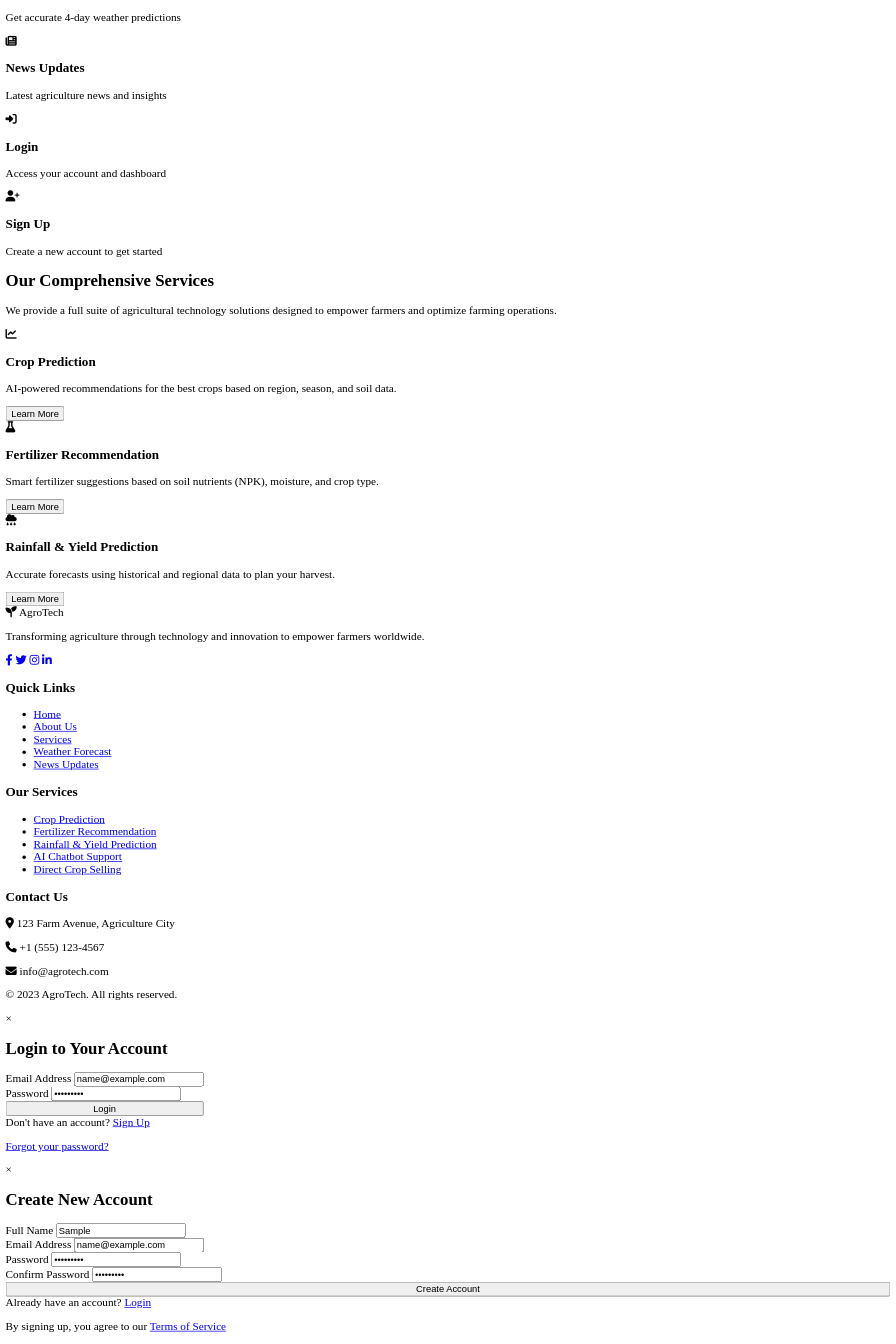
Repository: Sanika-ce/AgroNexus
Page: home.html
An editor plug-in stored every save of this project. The page is shown before and after the next save, followed by the edit.
The browser window is 1280 px wide. The pictures show the part of the page from y = 723 to 2643 px (the page is 2643 px tall), at 70% of full size.
Empty fields were first filled with sample values (such as "Sample", 5 or name@example.com).
After loading, the first visible `button.btn` was clicked once.

Above is the page before, as saved 2025-08-02 13:51:18.

After the next save:
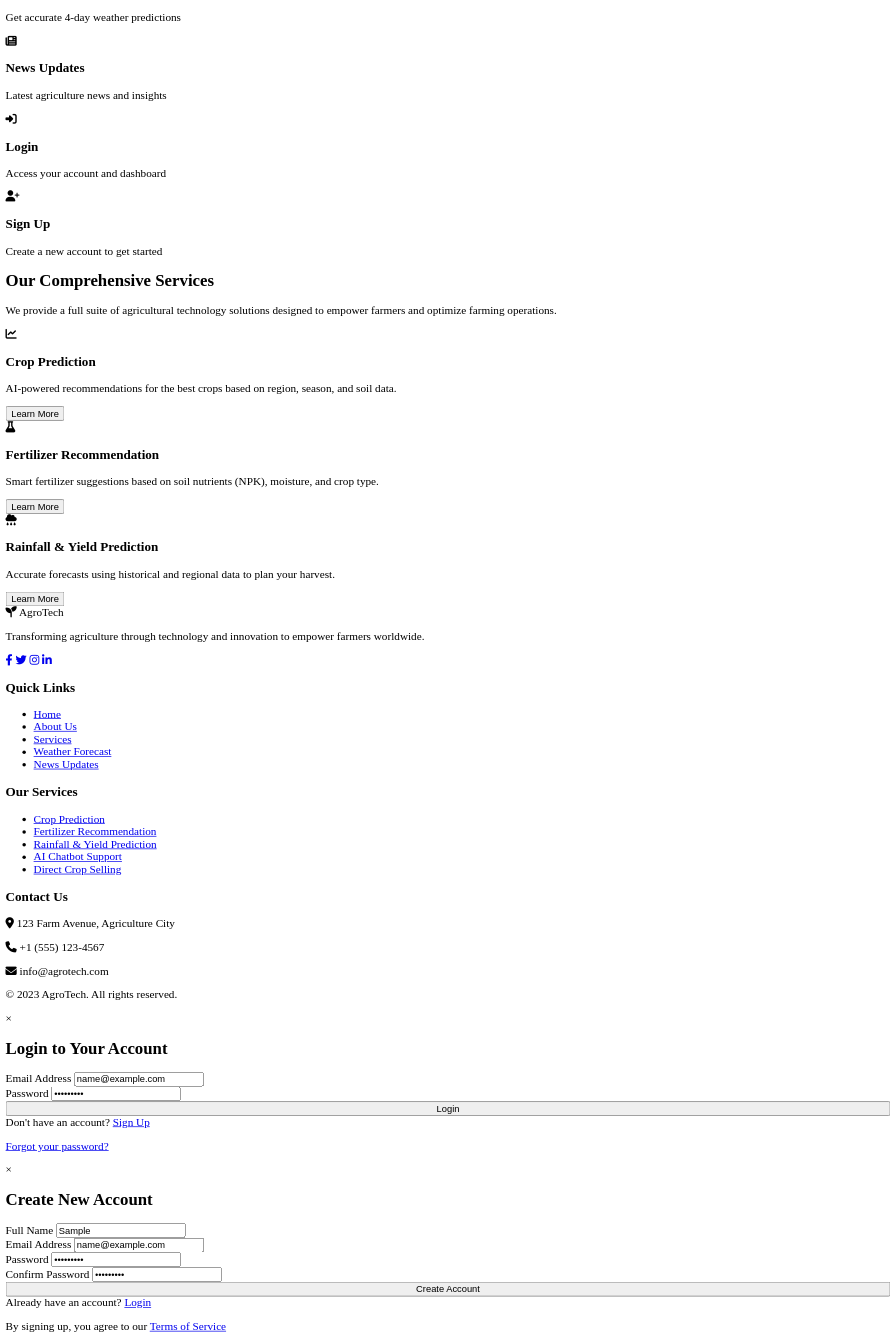
Console error: ReferenceError: openLogin is not defined
Saved 46 s later.
--- a/home.html
+++ b/home.html
@@ -260,83 +260,7 @@
     </div>
 
     <script>
-        // Mobile Navigation Toggle
-        const mobileToggle = document.querySelector('.mobile-toggle');
-        const navLinks = document.querySelector('.nav-links');
-
-        mobileToggle.addEventListener('click', () => {
-            navLinks.classList.toggle('active');
-        });
-
-        // Link Block Animation on Scroll
-        const linkBlocks = document.querySelectorAll('.link-block');
-
-        const animateBlocksOnScroll = () => {
-            linkBlocks.forEach((block, index) => {
-                const blockPosition = block.getBoundingClientRect().top;
-                const screenPosition = window.innerHeight / 1.3;
-
-                if(blockPosition < screenPosition) {
-                    setTimeout(() => {
-                        block.classList.add('visible');
-                    }, 100 * index);
-                }
-            });
-        };
-
-        window.addEventListener('scroll', animateBlocksOnScroll);
-        // Initial check in case blocks are already in view
-        animateBlocksOnScroll();
-
-        // Auth Modal Functions
-        function openLogin() {
-            document.getElementById('login-container').style.display = 'flex';
-            setTimeout(() => {
-                document.getElementById('login-form').classList.add('active');
-            }, 10);
-        }
-
-        function openSignup() {
-            document.getElementById('signup-container').style.display = 'flex';
-            setTimeout(() => {
-                document.getElementById('signup-form').classList.add('active');
-            }, 10);
-        }
-
-        function closeAuth() {
-            document.getElementById('login-form').classList.remove('active');
-            document.getElementById('signup-form').classList.remove('active');
-            setTimeout(() => {
-                document.getElementById('login-container').style.display = 'none';
-                document.getElementById('signup-container').style.display = 'none';
-            }, 300);
-        }
-
-        function switchToSignup() {
-            document.getElementById('login-form').classList.remove('active');
-            setTimeout(() => {
-                document.getElementById('login-container').style.display = 'none';
-                openSignup();
-            }, 300);
-        }
-
-        function switchToLogin() {
-            document.getElementById('signup-form').classList.remove('active');
-            setTimeout(() => {
-                document.getElementById('signup-container').style.display = 'none';
-                openLogin();
-            }, 300);
-        }
-
-        // Close modals if clicked outside
-        window.addEventListener('click', (e) => {
-            if (e.target === document.getElementById('login-container')) {
-                closeAuth();
-            }
-            if (e.target === document.getElementById('signup-container')) {
-                closeAuth();
-            }
-        });
+
     </script>
 </body>
 </html>
